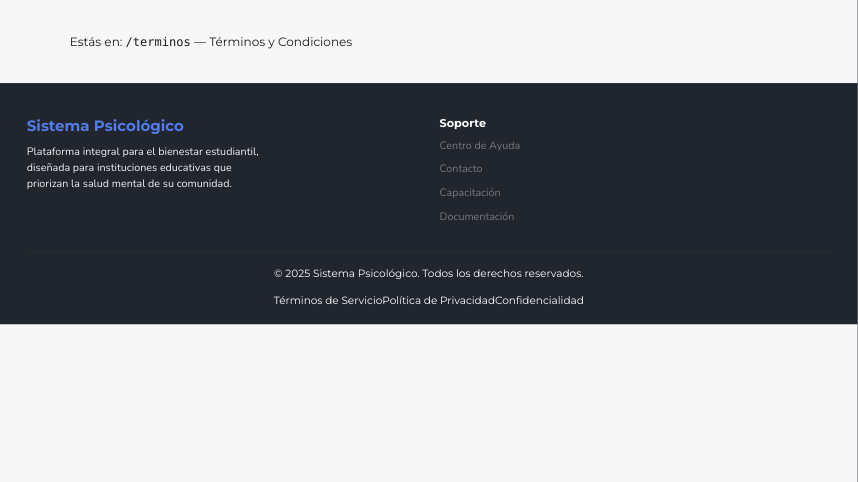
Repository: moon1710/SistemaPsico
Page: /terminos (app in client/)
The author's editor kept a copy of each file at every save. The page is drawn from the files as they stood at one save, then again after the next save.
The browser window is 1280 px wide. The pictures show the whole page, at 67% of full size.
The project was rebuilt for these pictures with package versions that can differ from the ones it lists, and the page was loaded fresh each time. Also part of the build but not shown: client/vite.config.js, client/src/components/onboarding/onboardingConfig.js, client/src/components/onboarding/TutorialSteps.jsx, client/src/components/onboarding/WelcomeForm.jsx, client/src/components/onboarding/OnboardingModal.jsx, client/src/components/layout/AdaptiveSidebar/sidebarConfig.jsx, client/src/components/layout/AdaptiveSidebar/MenuItem.jsx, client/src/components/layout/AdaptiveSidebar/SidebarHeader.jsx and 40 more.

Above is the page before, as saved 2025-09-21 14:16:11.

### client/index.html
<!doctype html>
<html lang="en">
  <head>
    <meta charset="UTF-8" />
    <link rel="icon" type="image/svg+xml" href="/idea.png" />
    <meta name="viewport" content="width=device-width, initial-scale=1.0" />
    <title>Sistema Psicológico</title>
  </head>
  <body>
    <div id="root"></div>
    <script type="module" src="/src/main.jsx"></script>
  </body>
</html>

### client/src/App.jsx
import React from "react";
import { Routes, Route } from "react-router-dom";
import { useAuth } from "./contexts/AuthContext";

// Importar el provider y componentes del onboarding
import { OnboardingProvider } from "./contexts/OnboardingContext";
import OnboardingModal from "./components/onboarding/OnboardingModal";

import Layout from "./components/layout/Layout";
import PublicLayout from "./components/layout/PublicLayout";

import ProtectedRoute, {
  PublicOnlyRoute,
  PsychologyStaffRoute,
} from "./components/auth/ProtectedRoute";

import LandingPage from "./pages/LandingPage";
import LoginPage from "./pages/LoginPage";
import DashboardPage from "./pages/DashboardPage";

//Paginas de Info
import AboutUsPage from "./pages/AboutUsPage";
import HelpPage from "./pages/HelpPage";
import DocsPage from "./pages/DocsPage";
import TerminosPage from "./pages/TerminosPage";
import PrivacidadPage from "./pages/PrivacidadPage";
import ConfidencialidadPage from "./pages/ConfidencialidadPage";

//QuizzesPages
import PublicQuizzesPage from "./pages/quizzes/PublicQuizzesPage";
import TakeQuizPage from "./pages/quizzes/TakeQuizPage";
import MyResultsPage from "./pages/quizzes/MyResultsPage";
import AdminResultsPage from "./pages/quizzes/AdminResultsPage";
import AnalyticsPage from "./pages/quizzes/AnalyticsPage";

//AppointmentPages
import BookAppointmentPage from "./pages/citas/BookAppointmentPage";
import AgendaPage from "./pages/citas/AgendaPage";
import AvailabilityPage from "./pages/citas/AvailabilityPage";
import AppointmentDetailPage from "./pages/citas/AppointmentDetailPage";
import AdminAppointmentsPage from "./pages/citas/AdminAppointmentsPage";

import { ROUTES } from "./utils/constants";
import "./App.css";

function App() {
  const { isLoading } = useAuth();

  if (isLoading) {
    return (
      <div className="min-h-screen flex items-center justify-center bg-gray-50">
        <div className="text-center">
          <div className="animate-spin rounded-full h-12 w-12 border-b-2 border-blue-600 mx-auto mb-4"></div>
          <p className="text-gray-600">Cargando aplicación...</p>
        </div>
      </div>
    );
  }

  return (
    <OnboardingProvider>
      {/* Modal de Onboarding - Se mostrará automáticamente cuando sea la primera vez */}
      <OnboardingModal />
      <Routes>
      {/* Públicas solo para NO autenticados */}
      <Route
        path="/"
        element={
          <PublicOnlyRoute>
            <LandingPage />
          </PublicOnlyRoute>
        }
      />
      <Route
        path={ROUTES.LOGIN}
        element={
          <PublicOnlyRoute>
            <LoginPage />
          </PublicOnlyRoute>
        }
      />

      {/* Públicas ABIERTAS */}
      <Route
        path={ROUTES.ABOUTUS}
        element={
          <PublicLayout>
            <AboutUsPage />
          </PublicLayout>
        }
      />
      <Route
        path={ROUTES.HELP}
        element={
          <PublicLayout>
            <HelpPage />
          </PublicLayout>
        }
      />
      <Route
        path={ROUTES.TERMINOS}
        element={
          <PublicLayout>
            <TerminosPage />
          </PublicLayout>
        }
      />
      <Route
        path={ROUTES.PRIVACIDAD}
        element={
          <PublicLayout>
            <PrivacidadPage />
          </PublicLayout>
        }
      />
      <Route
        path={ROUTES.DOCUMENTACION}
        element={
          <PublicLayout>
            <DocsPage />
          </PublicLayout>
        }
      />
      <Route
        path={ROUTES.CONFINDENCIALIDAD}
        element={
          <PublicLayout>
            <ConfidencialidadPage />
          </PublicLayout>
        }
      />
      {/* Alias opcional correcto */}
      <Route
        path={ROUTES.CONFIDENCIALIDAD_ALIAS}
        element={
          <PublicLayout>
            <ConfidencialidadPage />
          </PublicLayout>
        }
      />

      {/* Quizzes (protegidas) */}
      <Route
        path={ROUTES.QUIZ_CONTESTAR}
        element={
          <ProtectedRoute>
            <Layout>
              <PublicQuizzesPage />
            </Layout>
          </ProtectedRoute>
        }
      />
      <Route
        path={ROUTES.QUIZ_CONTESTAR_DETALLE}
        element={
          <ProtectedRoute>
            <Layout>
              <TakeQuizPage />
            </Layout>
          </ProtectedRoute>
        }
      />
      <Route
        path={ROUTES.MIS_RESULTADOS}
        element={
          <ProtectedRoute>
            <Layout>
              <MyResultsPage />
            </Layout>
          </ProtectedRoute>
        }
      />
      <Route
        path={ROUTES.QUIZ_RESULTADOS_ADMIN}
        element={
          <ProtectedRoute requiredRoles={['PSICOLOGO', 'ORIENTADOR', 'ADMIN_INSTITUCION', 'SUPER_ADMIN_INSTITUCION', 'SUPER_ADMIN_NACIONAL']}>
            <Layout>
              <AdminResultsPage />
            </Layout>
          </ProtectedRoute>
        }
      />
      <Route
        path={ROUTES.QUIZ_ANALYTICS_ADMIN}
        element={
          <ProtectedRoute requiredRoles={['PSICOLOGO', 'ORIENTADOR', 'ADMIN_INSTITUCION', 'SUPER_ADMIN_INSTITUCION', 'SUPER_ADMIN_NACIONAL']}>
            <Layout>
              <AnalyticsPage />
            </Layout>
          </ProtectedRoute>
        }
      />

      {/* Appointment Routes */}
      {/* Student - Book Appointment */}
      <Route
        path={ROUTES.AGENDAR_CITA}
        element={
          <ProtectedRoute requiredRoles={['ESTUDIANTE']}>
            <Layout>
              <BookAppointmentPage />
            </Layout>
          </ProtectedRoute>
        }
      />

      {/* Appointment Detail - Accessible by students and psychologists */}
      <Route
        path={ROUTES.CITA_DETALLE}
        element={
          <ProtectedRoute requiredRoles={['ESTUDIANTE', 'PSICOLOGO']}>
            <Layout>
              <AppointmentDetailPage />
            </Layout>
          </ProtectedRoute>
        }
      />

      {/* Psychologist - Agenda */}
      <Route
        path={ROUTES.AGENDA}
        element={
          <ProtectedRoute requiredRoles={['PSICOLOGO']}>
            <Layout>
              <AgendaPage />
            </Layout>
          </ProtectedRoute>
        }
      />

      {/* Psychologist - Availability Configuration */}
      <Route
        path={ROUTES.DISPONIBILIDAD}
        element={
          <ProtectedRoute requiredRoles={['PSICOLOGO']}>
            <Layout>
              <AvailabilityPage />
            </Layout>
          </ProtectedRoute>
        }
      />

      {/* Admin - Appointments Management */}
      <Route
        path={ROUTES.CITAS_ADMIN}
        element={
          <ProtectedRoute requiredRoles={['ADMIN_INSTITUCION', 'SUPER_ADMIN_INSTITUCION', 'SUPER_ADMIN_NACIONAL']}>
            <Layout>
              <AdminAppointmentsPage />
            </Layout>
          </ProtectedRoute>
        }
      />

      {/* Protegidas */}
      <Route
        path={ROUTES.DASHBOARD}
        element={
          <ProtectedRoute>
            <Layout>
              <DashboardPage />
            </Layout>
          </ProtectedRoute>
        }
      />
      </Routes>
    </OnboardingProvider>
  );
}

export default App;

### client/src/contexts/OnboardingContext.jsx
// client/src/contexts/OnboardingContext.jsx
import React, { createContext, useContext, useState, useEffect } from "react";
import { useAuth } from "./AuthContext";

const OnboardingContext = createContext();

export const useOnboarding = () => {
  const context = useContext(OnboardingContext);
  if (!context) {
    throw new Error("useOnboarding debe usarse dentro de OnboardingProvider");
  }
  return context;
};

export const OnboardingProvider = ({ children }) => {
  const { user, setUser } = useAuth();
  const [isFirstTime, setIsFirstTime] = useState(false);
  const [showOnboarding, setShowOnboarding] = useState(false);
  const [currentStep, setCurrentStep] = useState(0);
  const [onboardingCompleted, setOnboardingCompleted] = useState(false);

  // Clave para localStorage basada en el usuario
  const getStorageKey = () => {
    return user?.id ? `onboarding_completed_${user.id}` : null;
  };

  // Verificar si es primera vez del usuario
  useEffect(() => {
    if (user?.id) {
      // PRIORIDAD TOTAL al campo perfilCompletado de la BD
      const profileCompleted = user.perfilCompletado === 1 || user.perfilCompletado === true;

      console.log('🔍 [OnboardingContext] Verificando estado:', {
        userId: user.id,
        perfilCompletado: user.perfilCompletado,
        profileCompleted,
        shouldShowModal: !profileCompleted
      });

      if (!profileCompleted) {
        // Perfil NO completado -> mostrar modal
        setIsFirstTime(true);
        setShowOnboarding(true);
        setOnboardingCompleted(false);
        console.log('📝 [OnboardingContext] Mostrando modal de onboarding');
      } else {
        // Perfil completado -> no mostrar modal
        setIsFirstTime(false);
        setShowOnboarding(false);
        setOnboardingCompleted(true);
        console.log('✅ [OnboardingContext] Perfil ya completado, ocultando modal');
      }
    }
  }, [user?.id, user?.perfilCompletado]);

  // Refrescar datos del usuario desde el servidor
  const refreshUserProfile = async () => {
    try {
      const token = localStorage.getItem('auth_token');
      if (!token) return;

      const response = await fetch('/api/auth/profile', {
        method: 'GET',
        headers: {
          'Authorization': `Bearer ${token}`,
          'Content-Type': 'application/json',
        },
        credentials: 'include',
      });

      if (response.ok) {
        const result = await response.json();
        if (result.success && result.data?.user) {
          const freshUser = result.data.user;
          setUser(freshUser);
          console.log('🔄 [OnboardingContext] Usuario refrescado desde servidor:', freshUser);

          // También actualizar localStorage
          localStorage.setItem('user_data', JSON.stringify(freshUser));
          return freshUser;
        }
      }
    } catch (error) {
      console.error('❌ [OnboardingContext] Error refrescando usuario:', error);
    }
    return null;
  };

  // Marcar onboarding como completado
  const completeOnboarding = async () => {
    if (user?.id) {
      const storageKey = getStorageKey();
      localStorage.setItem(storageKey, "true");
      setOnboardingCompleted(true);
      setShowOnboarding(false);
      setIsFirstTime(false);

      // IMPORTANTE: Obtener datos frescos del servidor en lugar de solo actualizar localmente
      console.log('🔄 [OnboardingContext] Refrescando datos del usuario desde servidor...');
      const freshUser = await refreshUserProfile();

      if (freshUser) {
        console.log('✅ [OnboardingContext] Usuario actualizado con datos frescos');
      } else {
        // Fallback: actualizar localmente si falla la petición
        const updatedUser = {
          ...user,
          perfilCompletado: 1
        };
        setUser(updatedUser);
        console.log('⚠️ [OnboardingContext] Fallback: Usuario actualizado localmente');
      }
    }
  };

  // Reiniciar onboarding (para testing o reactivar)
  const resetOnboarding = () => {
    if (user?.id) {
      const storageKey = getStorageKey();
      localStorage.removeItem(storageKey);
      setOnboardingCompleted(false);
      setIsFirstTime(true);
      setShowOnboarding(true);
      setCurrentStep(0);
    }
  };

  // Navegar entre pasos
  const nextStep = () => {
    setCurrentStep((prev) => prev + 1);
  };

  const prevStep = () => {
    setCurrentStep((prev) => Math.max(0, prev - 1));
  };

  const goToStep = (step) => {
    setCurrentStep(step);
  };

  // Cerrar onboarding sin completar
  const closeOnboarding = () => {
    setShowOnboarding(false);
  };

  const value = {
    isFirstTime,
    showOnboarding,
    currentStep,
    onboardingCompleted,
    completeOnboarding,
    resetOnboarding,
    nextStep,
    prevStep,
    goToStep,
    closeOnboarding,
    user,
  };

  return (
    <OnboardingContext.Provider value={value}>
      {children}
    </OnboardingContext.Provider>
  );
};

### client/src/components/layout/PublicLayout.jsx
// components/layout/PublicLayout.jsx
import Footer from "./Footer";

export default function PublicLayout({ children }) {
  return (
    <div className="min-h-screen bg-[#f7f7f7] text-[#1d1d1f]">
      <main className="max-w-6xl mx-auto px-4 py-6">{children}</main>
      <Footer />
    </div>
  );
}

### client/src/pages/TerminosPage.jsx
// src/pages/TerminosPage.jsx
import { useLocation } from "react-router-dom";
export default function TerminosPage() {
  const { pathname } = useLocation();
  return (
    <div className="p-6 text-lg">
      Estás en: <code>{pathname}</code> — Términos y Condiciones
    </div>
  );
}

### client/src/components/layout/Footer.jsx
import { Link } from "react-router-dom";
import { ROUTES } from "../../utils/constants";

export default function Footer() {
  return (
    <footer className="footer">
      <div className="footer-inner">
        <div className="footer-main">
          <div>
            <h3 className="footer-title">Sistema Psicológico</h3>
            <p className="footer-desc">
              Plataforma integral para el bienestar estudiantil, diseñada para
              instituciones educativas que priorizan la salud mental de su
              comunidad.
            </p>
          </div>

          <div>
            <h4
              className="footer-title"
              style={{ color: "#fff", fontWeight: 600, fontSize: "1.05rem" }}
            >
              Soporte
            </h4>
            <ul className="footer-links">
              <li>
                <Link to={ROUTES.HELP}>Centro de Ayuda</Link>
              </li>
              <li>
                <Link to={ROUTES.ABOUTUS}>Contacto</Link>
              </li>
              <li>
                <Link to={ROUTES.DOCUMENTACION}>Capacitación</Link>
              </li>
              <li>
                <Link to={ROUTES.DOCUMENTACION}>Documentación</Link>
              </li>
            </ul>
          </div>
        </div>

        <div className="footer-bottom">
          <p>
            © {new Date().getFullYear()} Sistema Psicológico. Todos los derechos
            reservados.
          </p>
          <div className="footer-bottom-links">
            <Link to={ROUTES.TERMINOS}>Términos de Servicio</Link>
            <Link to={ROUTES.PRIVACIDAD}>Política de Privacidad</Link>
            <Link to={ROUTES.CONFINDENCIALIDAD}>Confidencialidad</Link>
          </div>
        </div>
      </div>
    </footer>
  );
}

Loaded but not shown: client/src/main.jsx (common file); client/src/App.css (common file); client/src/utils/constants.js (213 lines, source omitted); client/src/services/authService.js (219 lines, source omitted); client/src/utils/roles.js (38 lines, source omitted); client/src/index.css (441 lines, source omitted); client/src/contexts/AuthContext.jsx (292 lines, source omitted)

After the next save:
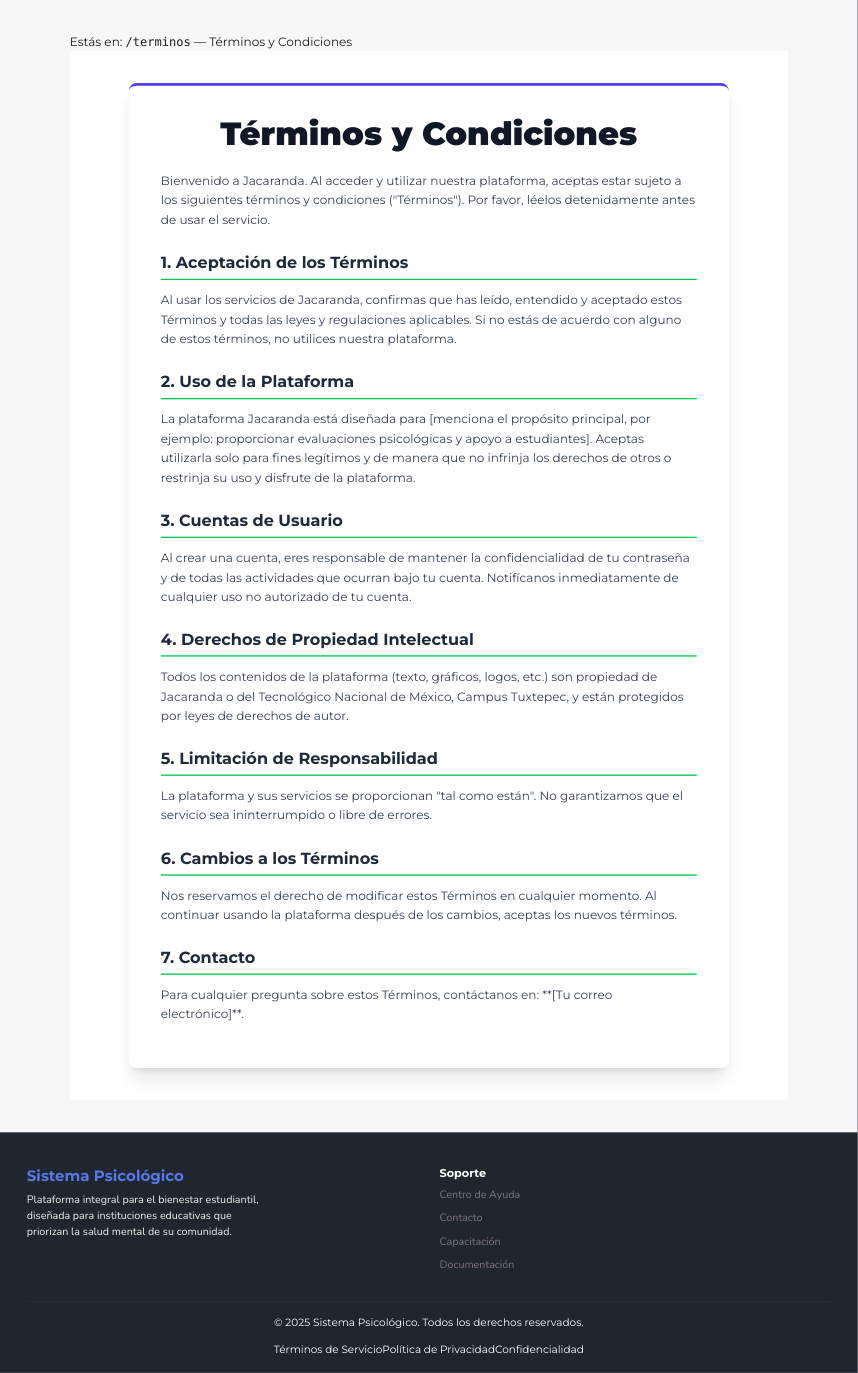
Saved 7 min 29 s later.
--- a/client/src/pages/TerminosPage.jsx
+++ b/client/src/pages/TerminosPage.jsx
@@ -5,6 +5,67 @@ export default function TerminosPage() {
   return (
     <div className="p-6 text-lg">
       Estás en: <code>{pathname}</code> — Términos y Condiciones
+      <div className="bg-white py-12 px-4 sm:px-6 lg:px-8">
+      <div className="max-w-4xl mx-auto rounded-xl shadow-xl p-8 md:p-12 border-t-4 border-indigo-600">
+        <h1 className="text-4xl md:text-5xl font-extrabold text-center mb-8 text-gray-900">
+          Términos y Condiciones
+        </h1>
+
+        <p className="mb-6 text-gray-700 leading-relaxed">
+          Bienvenido a Jacaranda. Al acceder y utilizar nuestra plataforma, aceptas estar sujeto a los siguientes términos y condiciones ("Términos"). Por favor, léelos detenidamente antes de usar el servicio.
+        </p>
+
+        <h2 className="text-2xl font-bold mt-8 mb-4 text-gray-800 border-b-2 border-green-500 pb-2">
+          1. Aceptación de los Términos
+        </h2>
+        <p className="mb-4 text-gray-700 leading-relaxed">
+          Al usar los servicios de Jacaranda, confirmas que has leído, entendido y aceptado estos Términos y todas las leyes y regulaciones aplicables. Si no estás de acuerdo con alguno de estos términos, no utilices nuestra plataforma.
+        </p>
+
+        <h2 className="text-2xl font-bold mt-8 mb-4 text-gray-800 border-b-2 border-green-500 pb-2">
+          2. Uso de la Plataforma
+        </h2>
+        <p className="mb-4 text-gray-700 leading-relaxed">
+          La plataforma Jacaranda está diseñada para [menciona el propósito principal, por ejemplo: proporcionar evaluaciones psicológicas y apoyo a estudiantes]. Aceptas utilizarla solo para fines legítimos y de manera que no infrinja los derechos de otros o restrinja su uso y disfrute de la plataforma.
+        </p>
+
+        <h2 className="text-2xl font-bold mt-8 mb-4 text-gray-800 border-b-2 border-green-500 pb-2">
+          3. Cuentas de Usuario
+        </h2>
+        <p className="mb-4 text-gray-700 leading-relaxed">
+          Al crear una cuenta, eres responsable de mantener la confidencialidad de tu contraseña y de todas las actividades que ocurran bajo tu cuenta. Notifícanos inmediatamente de cualquier uso no autorizado de tu cuenta.
+        </p>
+
+        <h2 className="text-2xl font-bold mt-8 mb-4 text-gray-800 border-b-2 border-green-500 pb-2">
+          4. Derechos de Propiedad Intelectual
+        </h2>
+        <p className="mb-4 text-gray-700 leading-relaxed">
+          Todos los contenidos de la plataforma (texto, gráficos, logos, etc.) son propiedad de Jacaranda o del Tecnológico Nacional de México, Campus Tuxtepec, y están protegidos por leyes de derechos de autor.
+        </p>
+
+        <h2 className="text-2xl font-bold mt-8 mb-4 text-gray-800 border-b-2 border-green-500 pb-2">
+          5. Limitación de Responsabilidad
+        </h2>
+        <p className="mb-4 text-gray-700 leading-relaxed">
+          La plataforma y sus servicios se proporcionan "tal como están". No garantizamos que el servicio sea ininterrumpido o libre de errores.
+        </p>
+
+        <h2 className="text-2xl font-bold mt-8 mb-4 text-gray-800 border-b-2 border-green-500 pb-2">
+          6. Cambios a los Términos
+        </h2>
+        <p className="mb-4 text-gray-700 leading-relaxed">
+          Nos reservamos el derecho de modificar estos Términos en cualquier momento. Al continuar usando la plataforma después de los cambios, aceptas los nuevos términos.
+        </p>
+
+        <h2 className="text-2xl font-bold mt-8 mb-4 text-gray-800 border-b-2 border-green-500 pb-2">
+          7. Contacto
+        </h2>
+        <p className="mb-4 text-gray-700 leading-relaxed">
+          Para cualquier pregunta sobre estos Términos, contáctanos en: **[Tu correo electrónico]**.
+        </p>
+
+      </div>
+    </div>
     </div>
   );
 }
